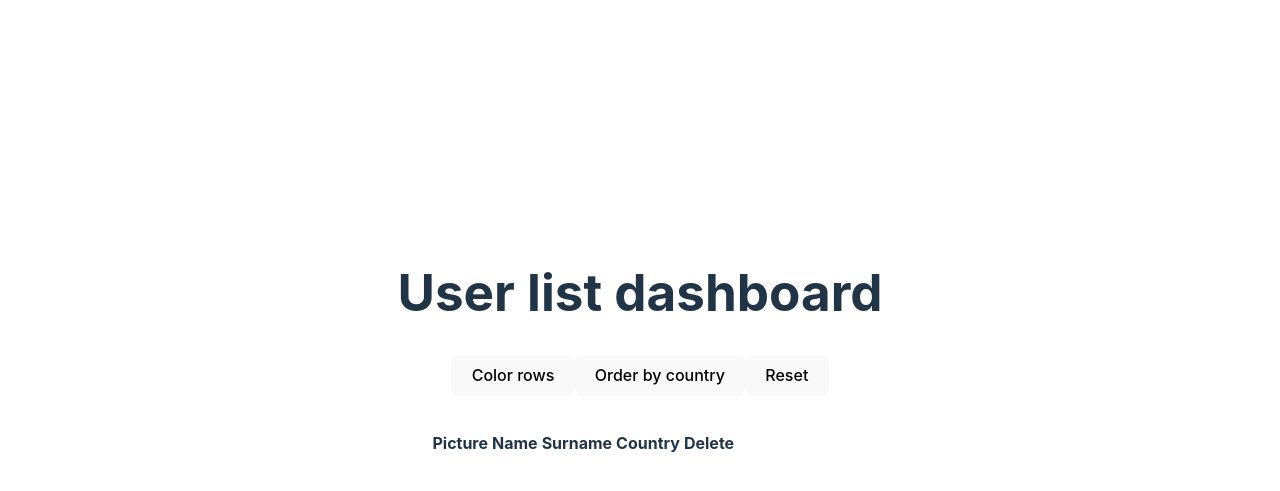
Repository: atzin-escandia/react-typescript-users-dashboard
Page: /
These files come from the project's save history. The page is drawn as it stood at one moment and after the next save; the edit follows.
The browser window is 1280 px wide. The pictures show the whole page.
The page's requests for data from a server got no answer. The project was rebuilt for these pictures with package versions that can differ from the ones it lists, and the page was loaded fresh each time. No one was signed in, and anything a server would have sent is missing. Also part of the build but not shown: vite.config.ts.

Above is the page before, as saved 2023-10-09 15:27:25.

### src/App.tsx
import { useEffect, useState } from "react";
import "./App.css";
import UsersList from "./components/UsersList";

const API_URL = "https://randomuser.me/api/?results=10";
function App() {
  const [users, setUsers] = useState([]);
  const [reset, setReset] = useState(false);

  useEffect(() => {
    fetch(API_URL)
      .then((res) => res.json())
      .then((res) => setUsers(res.results));
  }, []);

  const colorizeRows = () => {};

  return (
    <>
      <h1>User list dashboard</h1>
      <section>
        <button onClick={() => colorizeRows}>Color rows</button>
        <button>Order by country</button>
        <button onClick={() => setReset(true)}>Reset</button>
      </section>

      <section className="card">
        {users && <UsersList allUsers={users} reset={reset}></UsersList>}
      </section>
    </>
  );
}

export default App;

### src/components/UsersList.tsx
import { useState } from "react";
import { User } from "../types.d";

interface Props {
  allUsers: User[];
}

const UsersList = ({ allUsers }: Props) => {
  const TABLE_HEADER = ["Picture", "Name", "Surname", "Country", "Delete"];

  const initialState = allUsers;
  const [users, setUsers] = useState(initialState);

  const removeUser = ({ index }) => {
    const newUsers = [...allUsers];
    const newList = newUsers.splice(index, 1);
    setUsers(newList);
  };

  const UserRow = ({ user, color, index }) => {
    const { picture, name, location } = user;

    return (
      <tr style={{ backgroundColor: color && "black" }}>
        <td>{<img src={picture.thumbnail} alt="Thumbnail user" />}</td>
        <td>{name.first}</td>
        <td>{name.last}</td>
        <td>{location.country}</td>
        <td>
          <button onClick={() => removeUser(index)}>Remove</button>
        </td>
      </tr>
    );
  };

  return (
    <table>
      <thead>
        <tr>
          {TABLE_HEADER.map((title: string, index: number) => (
            <th key={index}>{title}</th>
          ))}
        </tr>
      </thead>
      <tbody>
        {users.map((user: User, index: number) => (
          <UserRow key={index} user={user} color={true} index={index} />
        ))}
      </tbody>
    </table>
  );
};

export default UsersList;

Loaded but not shown: index.html (common file); src/main.tsx (common file); src/index.css (common file); src/App.css (common file)

After the next save:
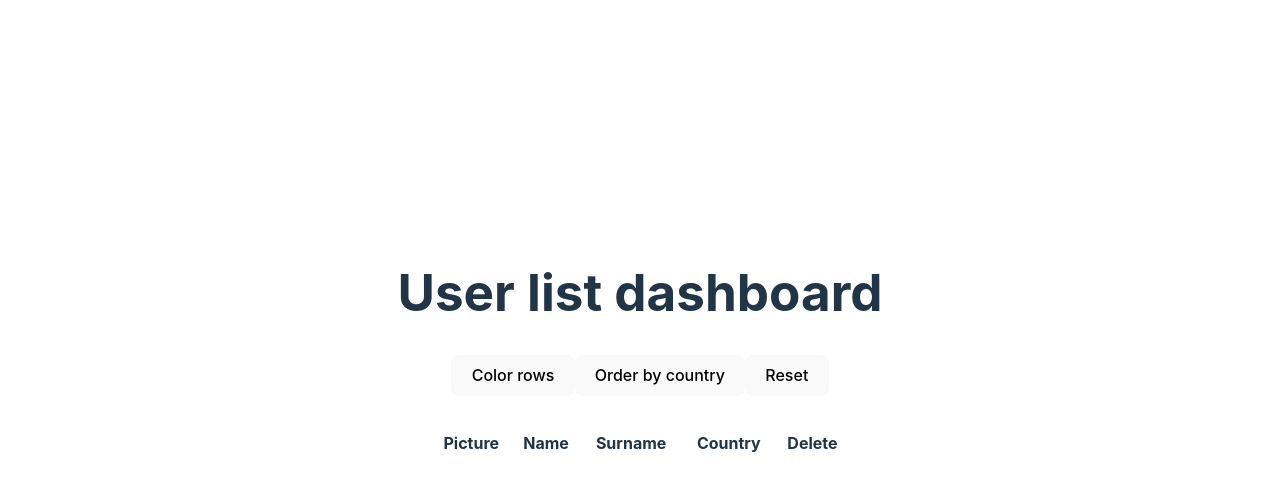
Saved 15 s later.
--- a/src/components/UsersList.tsx
+++ b/src/components/UsersList.tsx
@@ -34,7 +34,7 @@
   };
 
   return (
-    <table>
+    <table width="100%">
       <thead>
         <tr>
           {TABLE_HEADER.map((title: string, index: number) => (
